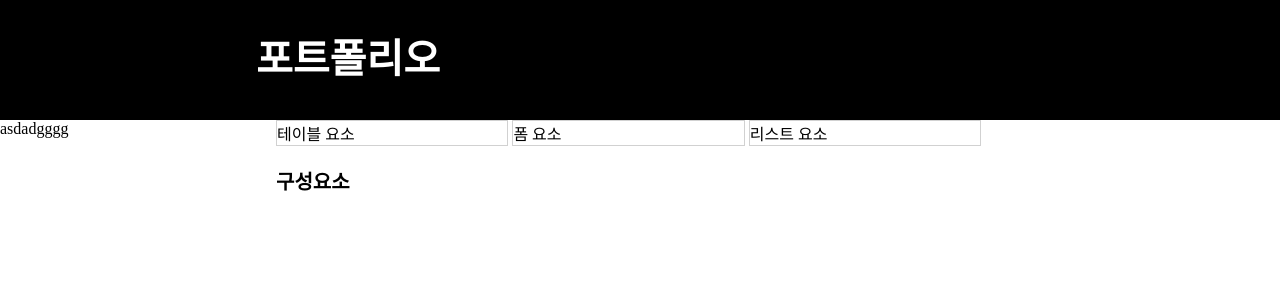
Repository: ItChoi/CSS-Study
Page: Css/WebContent/html/boostcourse/project-A1/portfolio.html
The author's editor kept a copy of each file at every save. The page is drawn from the files as they stood at one save, then again after a run of saves.
The browser window is 1280 px wide. The pictures show the whole page.

Above is the page before, as saved 2019-06-18 10:19:43.

### Css/WebContent/html/boostcourse/project-A1/portfolio.html
<!DOCTYPE html>
<html>
<head>
	<link href="../../../css/boostcourse/project-A1/portfolio.css" rel="stylesheet" type="text/css">

</head>
<body>
	<div class="wrap">

		<div class="header">

		</div>

		<div class="content">

			<div class="con_header">
				<p class="title">포트폴리오</p>
			</div>

			<div class="con_content">

				<div class="button_list">
					<ul>
						<li class="button_elements">테이블 요소</li>
						<li class="button_elements">폼 요소</li>
						<li class="button_elements">리스트 요소</li>
					</ul>
				</div>

				<div class="element">
					<p class="element_title">구성요소</p>


				</div>

			</div>

		</div>

		<div class="footer">
		asdadgggg
		</div>


	</div>

</body>
</html>

### Css/WebContent/css/boostcourse/project-A1/portfolio.css
html, body, .wrap {
	margin: 0px;
	padding: 0px;
}

.header {
	width: 100%;
	height: 120px;
	background: #000;

	position: relative;
}

.content {
	position: absolute;
	top: 0;
	left: 20%;
	right: 20%;
}

.con_header {
	height: 120px;
}

.title {
	margin: 0px;
	color: #fff;
	font-size: 40px;
	font-weight: bold;
	line-height: 120px;
}

.con_content {
	width: 100%;
	padding-left: 20px;
	padding-right: 20px;
}

ul {
	margin: 0px;
	padding: 0px;
	list-style: none;
}

.button_elements {
	display: inline-block;
	border:  1px solid #d1d1d1;
	width: 30%;
}

.button_elements:HOVER {
	background-color: #454545;
	font-weight: bold;
}

.element_title {
	font-size: 20px;
	color: #000;
	font-weight: bold;
}

After the next 2 saves:
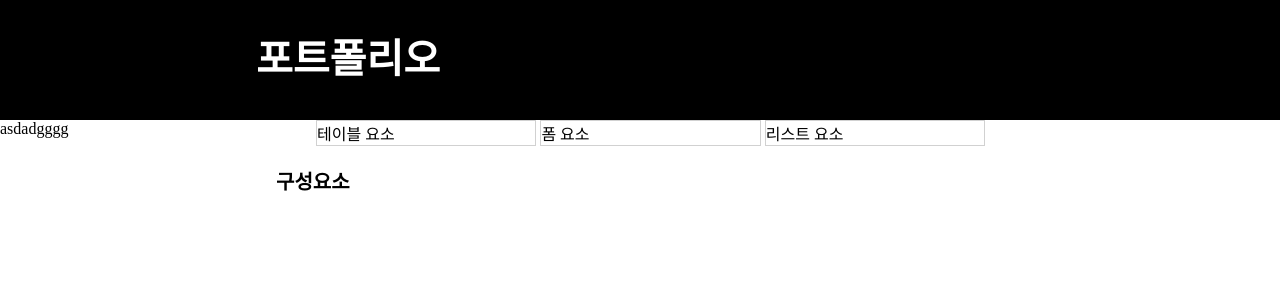
The 2 saves are shown as one change because they came seconds apart.
The last was saved 25 s later.
--- a/Css/WebContent/css/boostcourse/project-A1/portfolio.css
+++ b/Css/WebContent/css/boostcourse/project-A1/portfolio.css
@@ -38,7 +38,7 @@ html, body, .wrap {
 
 ul {
 	margin: 0px;
-	padding: 0px;
+	padding: 40 0 0 0;
 	list-style: none;
 }
 
